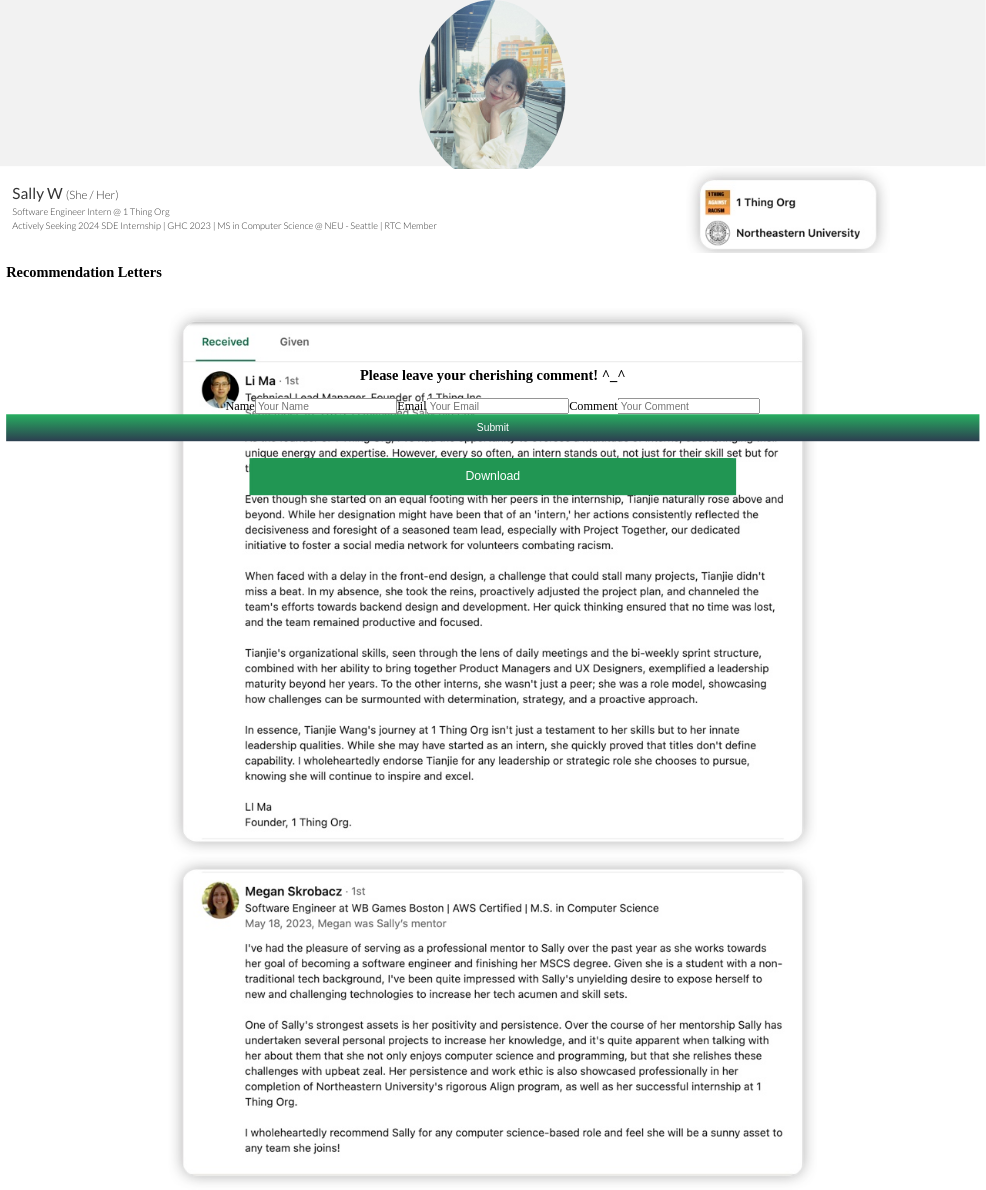
Repository: tianjiewang2022/digital-namecard
Page: recommendation_page.html
These files come from the project's save history. The page is drawn as it stood at one moment and after a run of saves; the edit follows.
The browser window is 1280 px wide. The pictures show the whole page, at 77% of full size.
Some web fonts or font styles are not loaded; a fallback is used.

Above is the page before, as saved 2023-10-16 01:43:09.

After the next 3 saves:
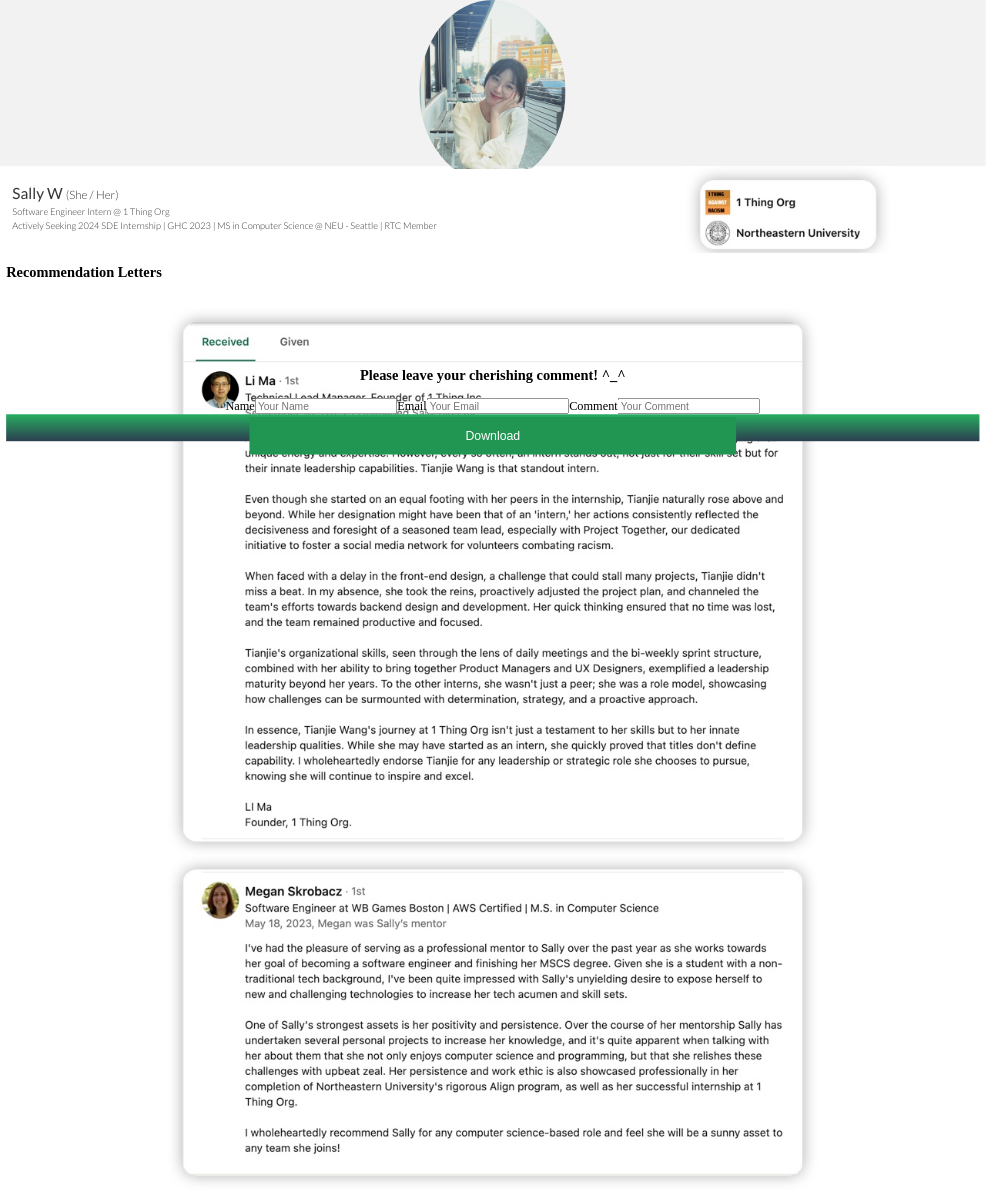
The 3 saves are shown as one change because they came seconds apart.
The last was saved 3 min 45 s later.
--- a/main.css
+++ b/main.css
@@ -170,11 +170,8 @@
 	font-size: 12px;
 }
 
-.bottom {
+.button {
 	height: 23%;
-}
-
-.button {
 	background-color: #219653;
 	height: 48px;
 	padding-left: 24px padding-right: 24px;
